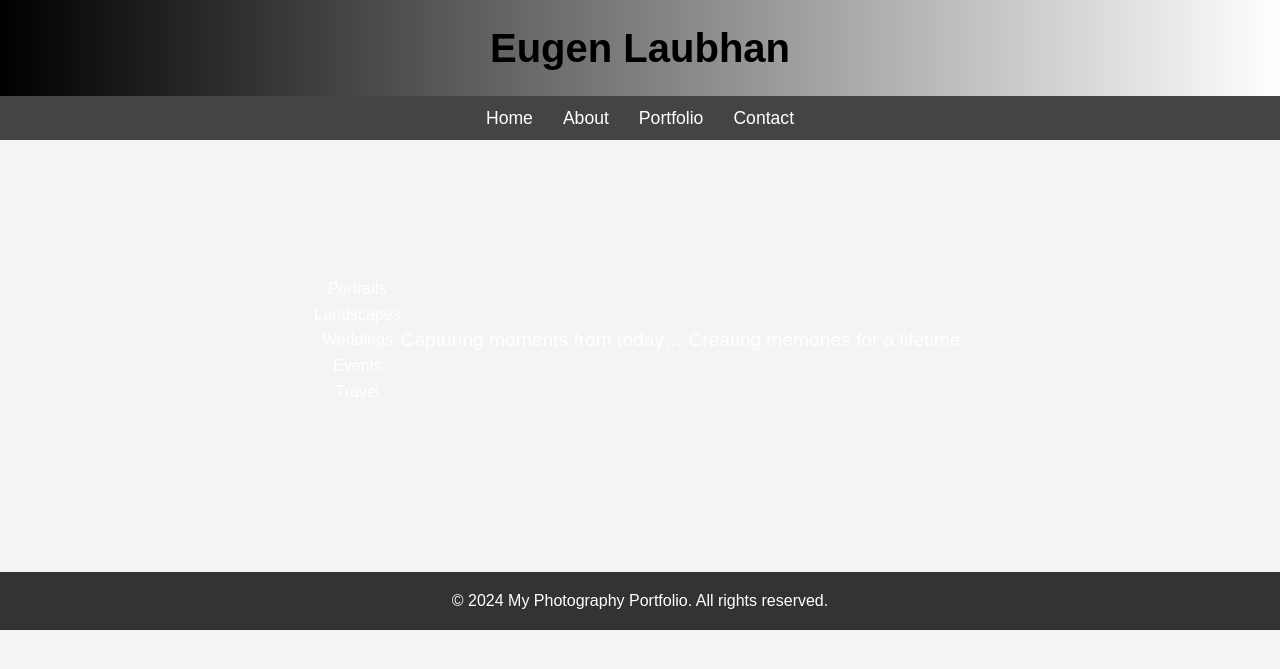
Repository: eugenLau/eugenlau.github.io.LEGACY
Page: /
An editor plug-in stored every save of this project. The page is shown before and after the next save, followed by the edit.
The browser window is 1280 px wide. The pictures show the whole page.
The project was rebuilt for these pictures with package versions that can differ from the ones it lists, and the page was loaded fresh each time. Also part of the build but not shown: src/components/About.js, src/components/Portfolio.js, src/components/Contact.js.

Above is the page before, as saved 2024-06-14 19:49:50.

After the next save:
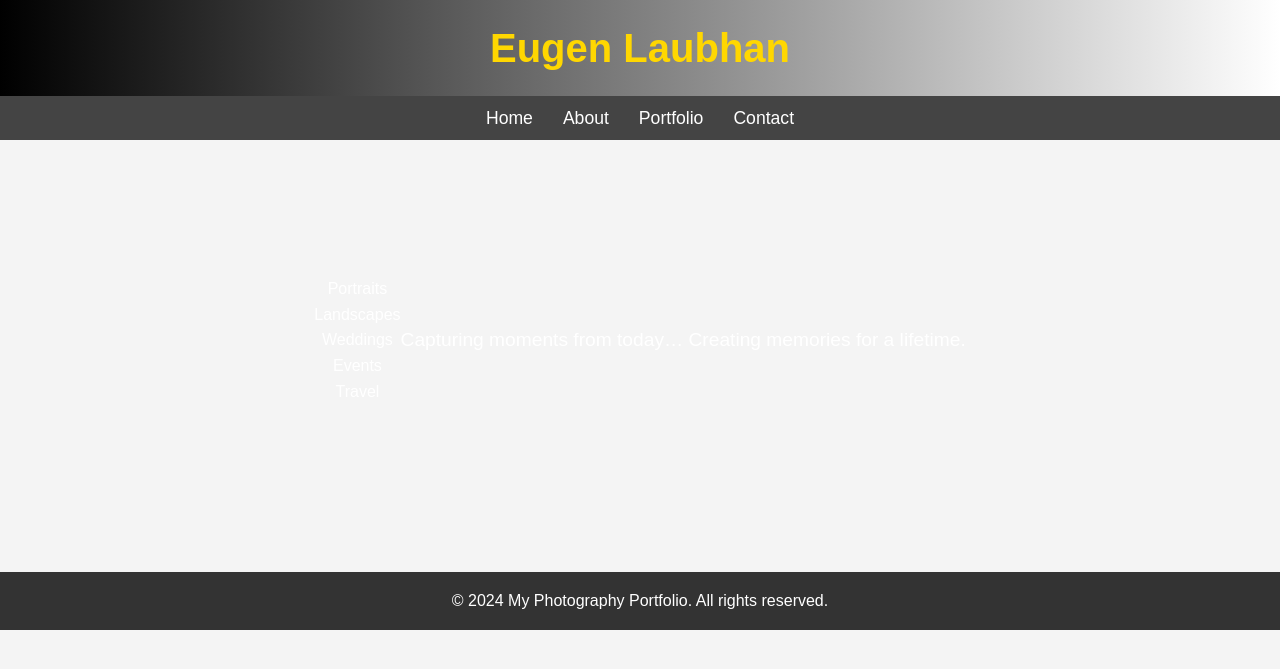
Saved 2 min 23 s later.
--- a/src/styles/Header.css
+++ b/src/styles/Header.css
@@ -12,7 +12,6 @@
 
   .c-header {
     background: linear-gradient(to right, black, white);  /* Gradient background from black to white */
-    color: #ffd700;  /* Golden text color */
     padding: 1rem;  /* Padding around the content */
     text-align: center;  /* Center the text */
     box-shadow: 0 2px 4px rgba(0, 0, 0, 0.1);  /* Subtle shadow */
@@ -21,4 +20,6 @@
   .c-header h1 {
     margin: 0;
     font-size: 2.5rem;  /* Font size for the header text */
+    color: #ffd700;  /* Golden text color */
+
   }
